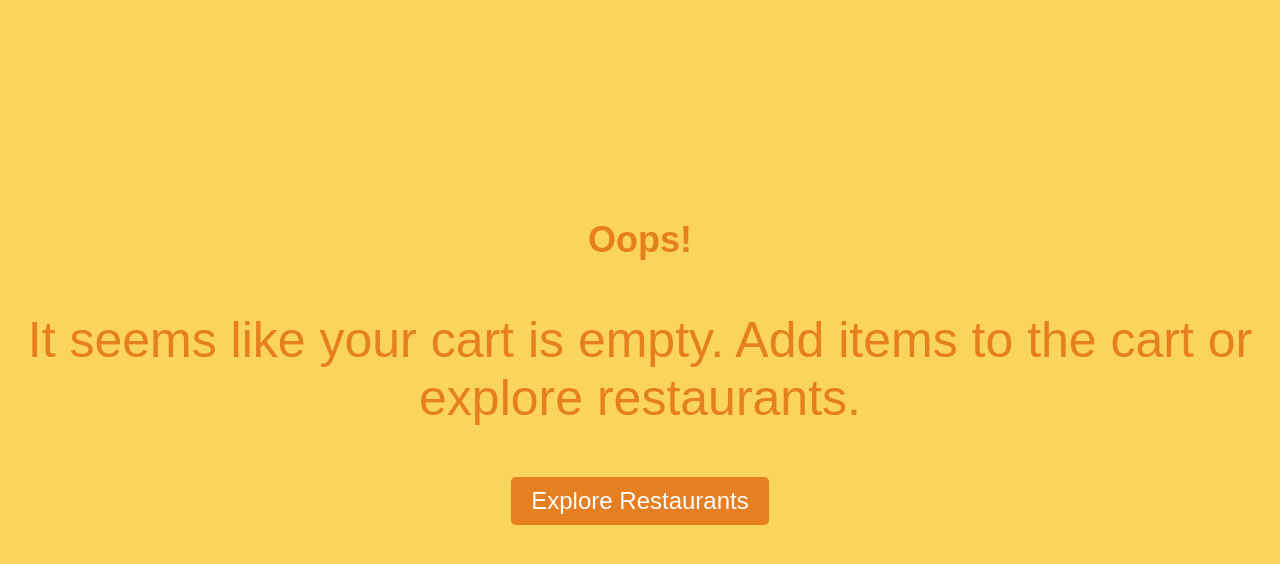
Repository: SWATHIBHUMA/FoodDelivaryApp
Page: http://localhost/FoodDelivaryApp/errorPage.jsp
These files come from the project's save history. The page is drawn as it stood at one moment and after the next save; the edit follows.
The browser window is 1280 px wide. The pictures show the whole page.
The page is served by Tomcat 9.

Above is the page before, as saved 2024-01-14 12:02:28.

After the next save:
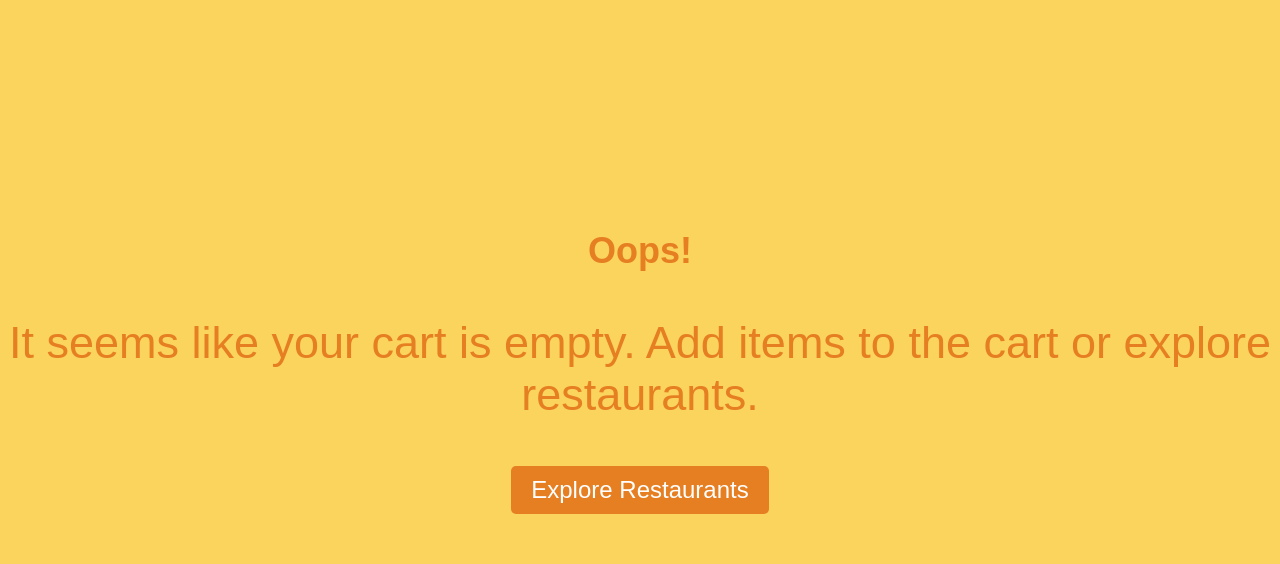
Saved 11 s later.
--- a/FoodDelivaryApp/src/main/webapp/errorPage.jsp
+++ b/FoodDelivaryApp/src/main/webapp/errorPage.jsp
@@ -29,7 +29,7 @@
 
         p {
             color: #e67e22; /* Dark orange text */
-            font-size: 50px; /* Increased font size */
+            font-size: 45px; /* Increased font size */
             animation: fadeIn 1s ease; /* Add fade-in animation */
         }
 
